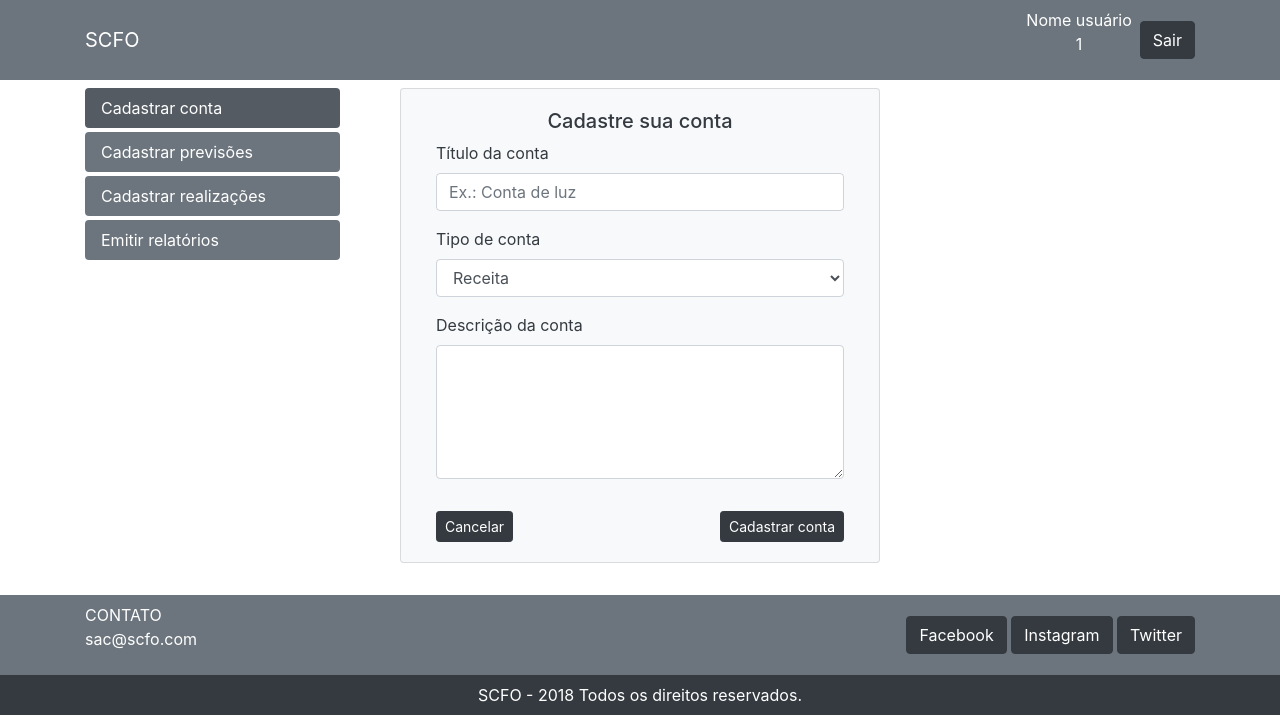
Repository: MaickSilva/scfoheroku
Page: http://localhost/cadastrarConta.php
The author's editor kept a record of every edit. The page is drawn from the files as they stood at one moment, then again after the next edit.
The browser window is 1280 px wide. The pictures show the whole page.
Some web libraries are served in a nearby version. The page is run by PHP 8.4 with error messages shown; the project is at /var/www/html/. The session is filled in as if someone had signed in: {"UsuarioLog": true, "cpf": 1, "senha": 1}.

Above is the page before.

After the next edit:
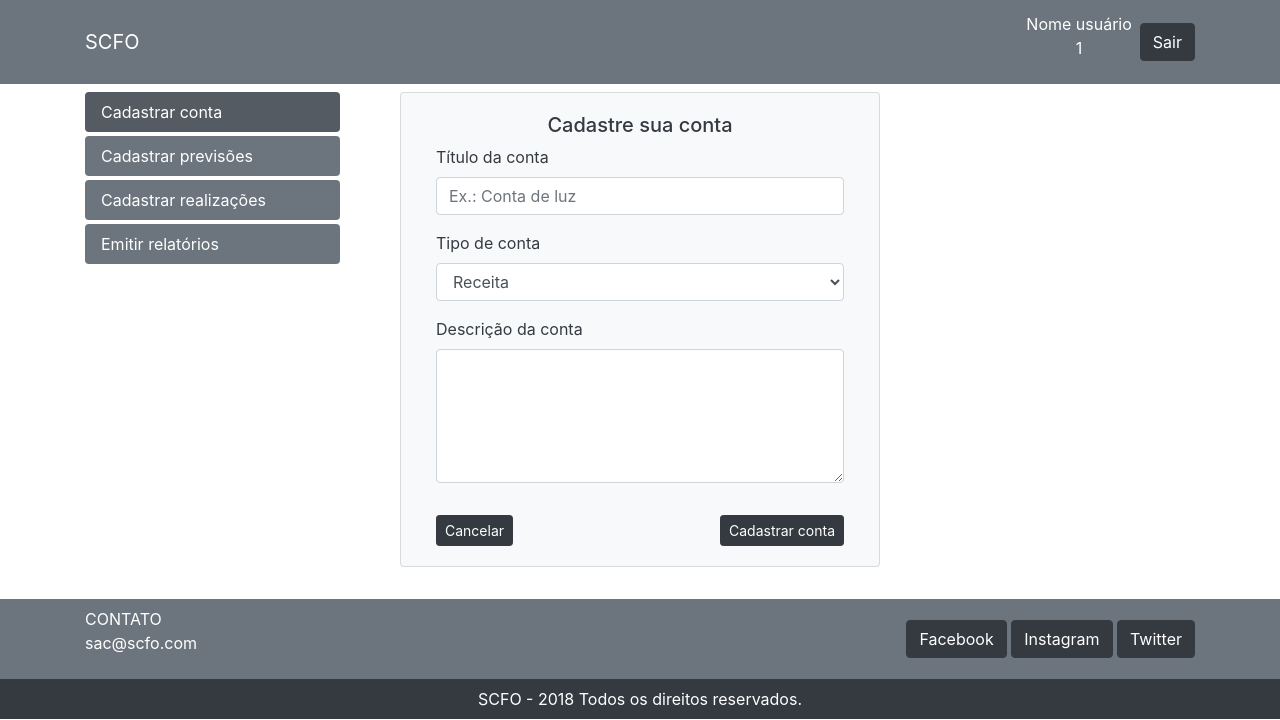
The edit:
--- a/workspace/cadastrarConta.php
+++ b/workspace/cadastrarConta.php
@@ -17,7 +17,7 @@
             <a class="navbar-brand " href="logado.php">SCFO</a>
             <form class="form-inline my-3 my-lg-0">
               <i class=""></i>
-              <ul class="list-unstyled text-white text-center ml-2 mr-2">
+              <ul class="list-unstyled text-white text-center ml-2 mr-2 pt-1">
                 <li>
                     <p class="mb-0 ">Nome usuário</p>
                 </li>
